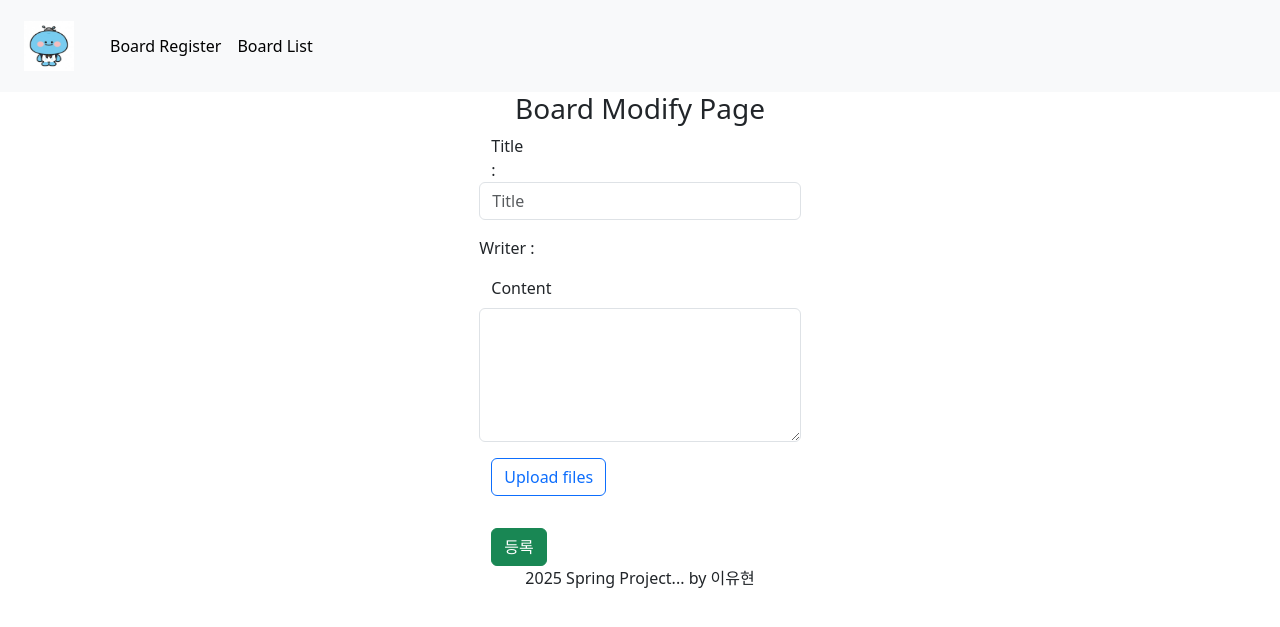
Repository: LeeYouHyeon/6.Spring
Page: http://localhost/spring_project/WEB-INF/views/board/modify.jsp
The author's editor kept a copy of each file at every save. The page is drawn from the files as they stood at one save, then again after the next save.
The browser window is 1280 px wide. The pictures show the whole page.
The page is served by Tomcat 9. Nobody is signed in. The template is opened directly, without the code that normally fills it, so the values that code supplies are empty.

Above is the page before, as saved 2025-06-09 02:16:27.

After the next save:
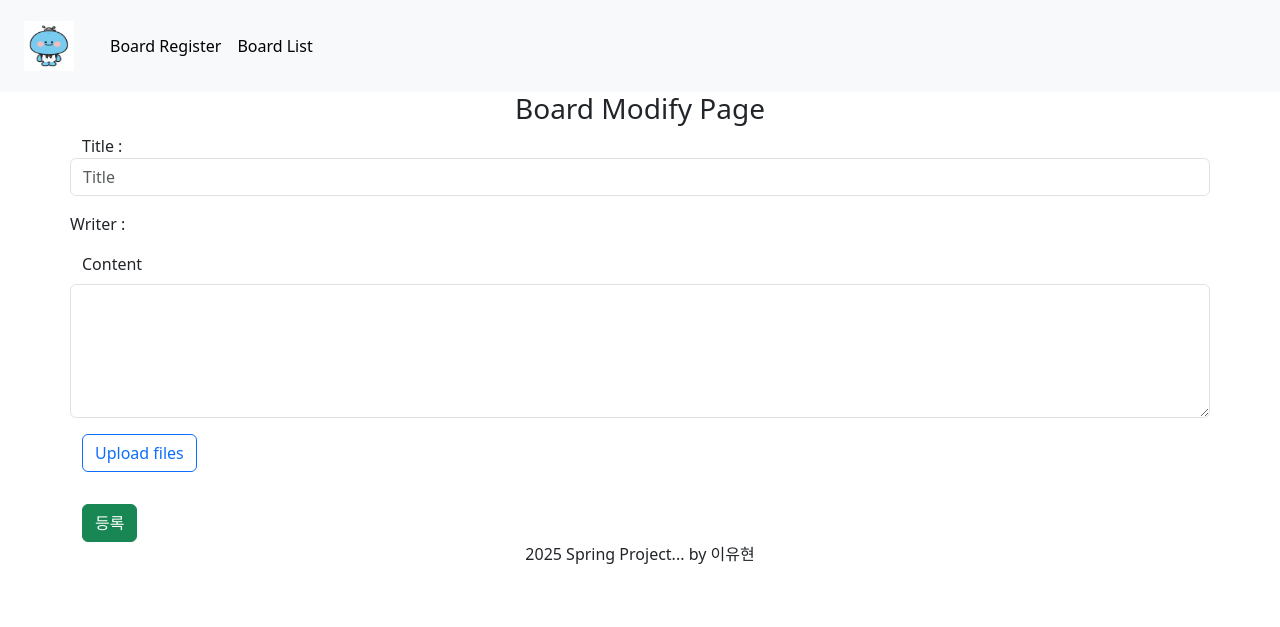
Saved 62 s later.
--- a/spring_project/src/main/webapp/WEB-INF/views/board/modify.jsp
+++ b/spring_project/src/main/webapp/WEB-INF/views/board/modify.jsp
@@ -9,6 +9,7 @@
 	<!-- enctype : multipart/form-data -->
 	<form action="/board/update"
 		method="post"
+		class="w-100"
 		enctype="multipart/form-data">
 			<input type="hidden" name="bno" value="${bvo.bno}">
 			<!-- bvo area -->
